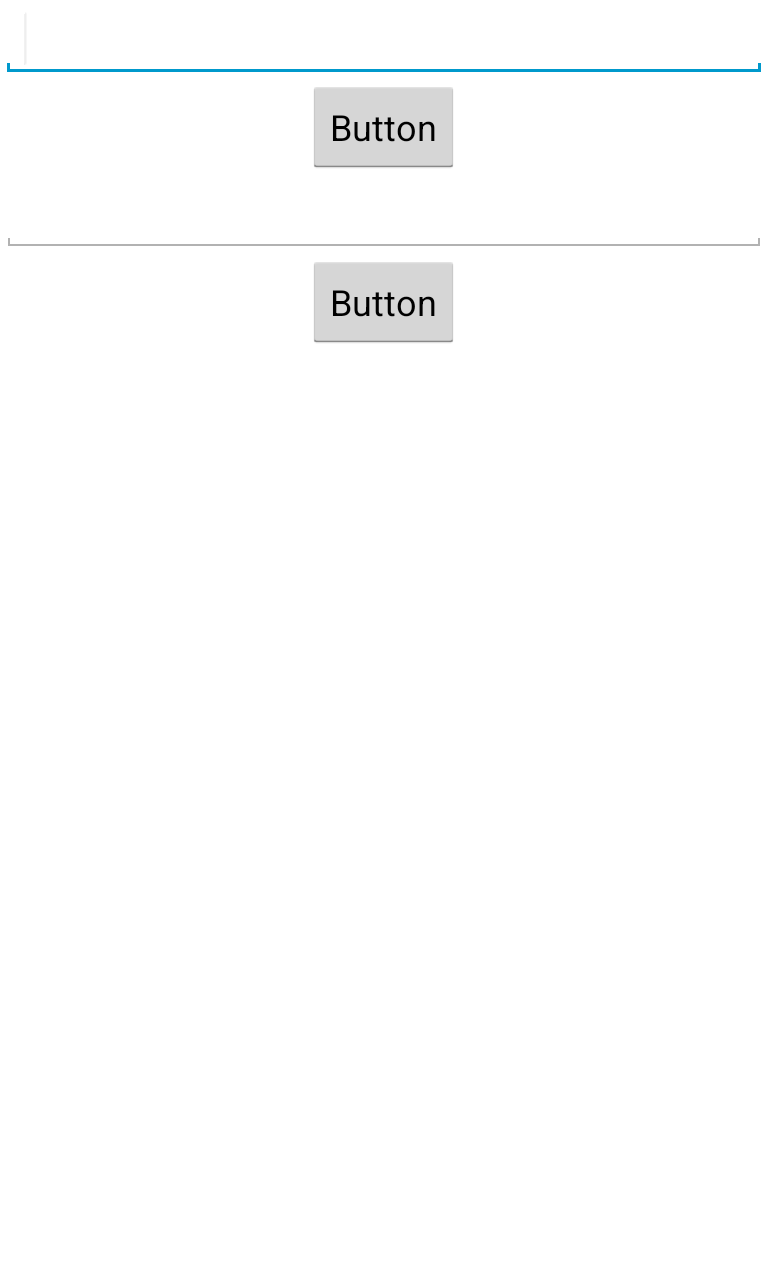
Repository: ArisKots1992/Software-Development
Layout: Anaptiksi Logismikou/Anaptiksi Logismikou/AdminClientApplication/res/layout/forth_tab.xml
An editor plug-in stored every save of this project. The layout is shown before and after the next save, followed by the edit.
It is drawn on a 768 x 1280 px phone screen (xhdpi) without system bars, with theme AppTheme; the app's code is not run.

Above is the layout before, as saved 2015-01-20 00:03:52.

After the next save:
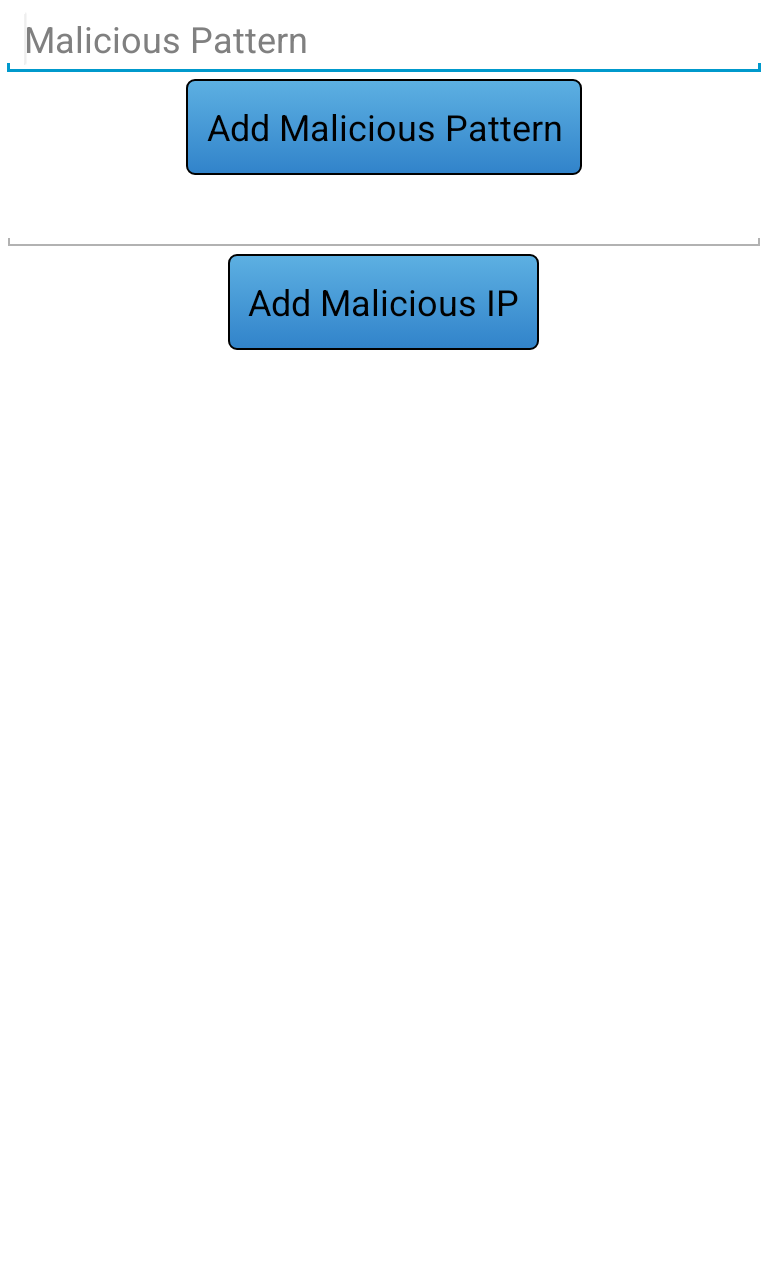
Saved 63 s later.
--- a/Anaptiksi Logismikou/Anaptiksi Logismikou/AdminClientApplication/res/layout/forth_tab.xml
+++ b/Anaptiksi Logismikou/Anaptiksi Logismikou/AdminClientApplication/res/layout/forth_tab.xml
@@ -9,6 +9,7 @@
         android:id="@+id/editText1"
         android:layout_width="match_parent"
         android:layout_height="wrap_content"
+        android:hint="Malicious Pattern"
         android:ems="10" >
 
         <requestFocus />
@@ -18,7 +19,8 @@
         android:id="@+id/button1"
         android:layout_width="wrap_content"
         android:layout_height="wrap_content"
-        android:text="Button" />
+        android:text="Add Malicious Pattern"
+         android:background="@drawable/custom_button" />
 
     <EditText
         android:id="@+id/editText2"
@@ -30,6 +32,7 @@
         android:id="@+id/button2"
         android:layout_width="wrap_content"
         android:layout_height="wrap_content"
-        android:text="Button" />
+        android:text="Add Malicious IP"
+         android:background="@drawable/custom_button" />
 
 </LinearLayout>
